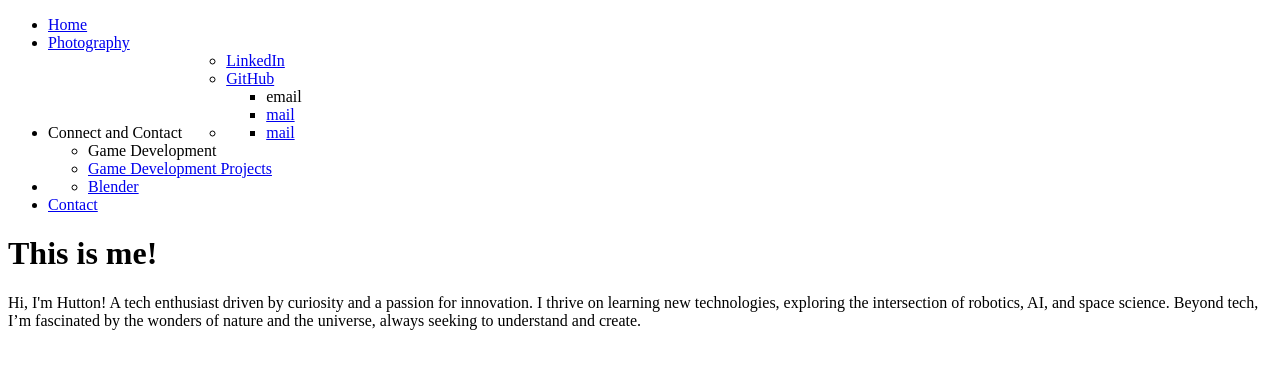
Repository: Argivist/ArgPortfolio
Page: index.html
These files come from the project's save history. The page is drawn as it stood at one moment and after the next save; the edit follows.
The browser window is 1280 px wide. The pictures show the whole page.

Above is the page before, as saved 2025-03-28 14:42:48.

### index.html
<!DOCTYPE html>
<html lang="en">

<head>
    <meta charset="UTF-8">
    <meta name="viewport" content="width=device-width, initial-scale=1.0">
    <link rel="stylesheet" href="css/styles.css">
    <link rel="stylesheet" href="css/nav.css">

    <title>Hutton Amison-Addy</title>
</head>

<body>
    <nav>
        <ul>
            <li><a href="index.html">Home</a></li>
            <li> <a href="https://www.instagram.com/theworldinoneseye/">Photography</a></li>
            <!-- contact -->
            <li>Connect and Contact
                <ul class="dropdown">
                    <li class="dropdown-content"><a href="https://www.linkedin.com/in/hutton-amison-addy-7b1b3b1b1/">LinkedIn</a></li>
                    <li class="dropdown-content"><a href="https://www.github.com/Argivist">GitHub</a></li>
                    <li>
                        <ul class="dropdown">
                            <li >email</li>
                            <li class="dropdown-content"><a href="mailto:hutton.amison@ashesi.edu.gh">mail</a></li>
                            <li class="dropdown-content"><a href="mailto:huttonaaddy.public@gmail.com">mail</a></li>
                        </ul>
                    </li>
                </ul>

            </li>
            <li>
                <ul class="dropdown">
                    <li>Game Development</li>
                    <li><a href="game/index.html">Game Development Projects</a></li>
                    <li><a href="blender/index.html">Blender</a></li>
                </ul>
            </li>
            <li><a href="contact.html">Contact</a></li>
        </ul>
    </nav>
    <div>
        <h1> This is me!</h1>
        <p class="desc">
            Hi, I'm Hutton! A tech enthusiast driven by curiosity and a passion for innovation. I thrive on learning new technologies, exploring the intersection of robotics, AI, and space science. Beyond tech, I’m fascinated by the wonders of nature and the universe, always seeking to understand and create.
        </p>
    </div>

</body>

</html>

### css/nav.css
/* .dropdown{
    position: relative;
    display: inline-block;
} */
/* .dropdown:hover .dropdown-content{
    display: block;
}
.dropdown-content{
    display: none;
    position: absolute;
    background-color: #f9f9f9;
    min-width: 160px;
    box-shadow: 0px 8px 16px 0px rgba(0,0,0,0.2);
    z-index: 1;
} */

.dropdown{
    position: relative;
    display: inline-block;
}
.dropdown:hover .dropdown-content{
    display: block;
}

Loaded but not shown: css/styles.css (no stored copy; drawn as an empty file)

After the next save:
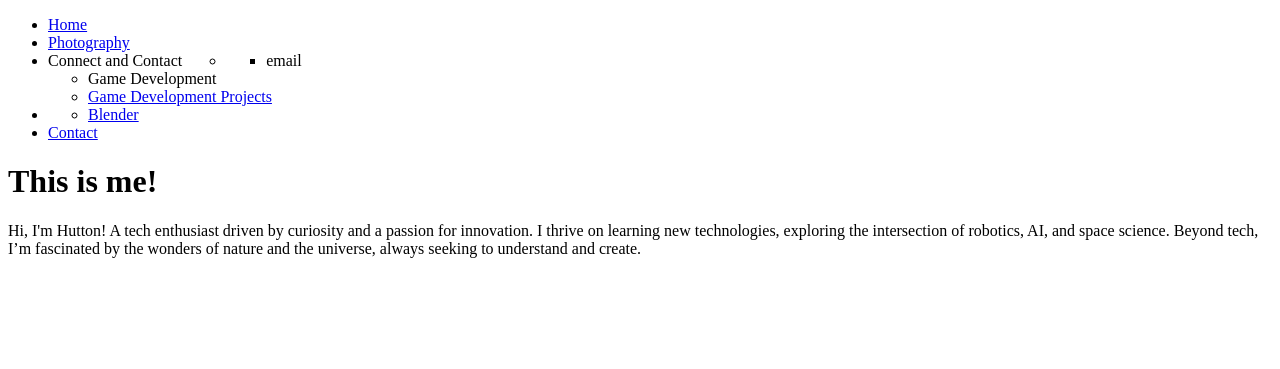
Saved 23 s later.
--- a/css/nav.css
+++ b/css/nav.css
@@ -3,6 +3,15 @@
     display: inline-block;
 } */
 /* .dropdown:hover .dropdown-content{
+    display: block;
+}
+ */
+
+.dropdown{
+    position: relative;
+    display: inline-block;
+}
+.dropdown:hover .dropdown-content{
     display: block;
 }
 .dropdown-content{
@@ -12,12 +21,4 @@
     min-width: 160px;
     box-shadow: 0px 8px 16px 0px rgba(0,0,0,0.2);
     z-index: 1;
-} */
-
-.dropdown{
-    position: relative;
-    display: inline-block;
 }
-.dropdown:hover .dropdown-content{
-    display: block;
-}
